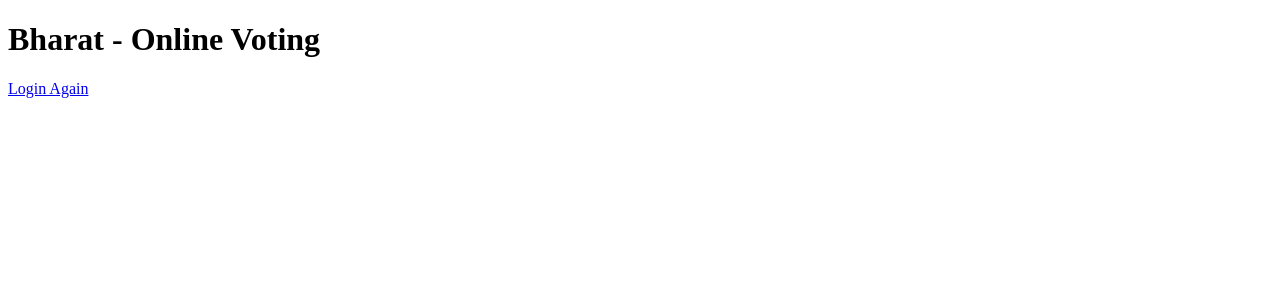
Repository: bhageshchincholi/AdvanceJava
Page: http://localhost/Election/logout.jsp
An editor plug-in stored every save of this project. The page is shown before and after the next save, followed by the edit.
The browser window is 1280 px wide. The pictures show the whole page.
The page is served by Tomcat 9. Other server files are loaded and not shown.

Above is the page before, as saved 2024-06-11 13:27:15.

### ElectionJSP/Election/src/main/webapp/logout.jsp
<%@ page language="java" contentType="text/html; charset=ISO-8859-1"
    pageEncoding="ISO-8859-1"%>
<!DOCTYPE html>
<html>
<head>
<meta charset="ISO-8859-1">
<title>Log out</title>
</head>
<body>
		<h1>${initParam.appTitle}</h1>

		<a href="index.jsp">Login Again</a>
</body>
</html>

After the next save:
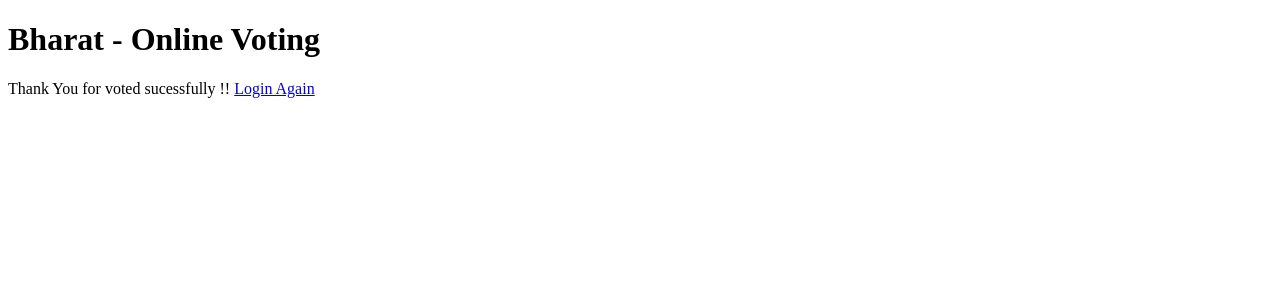
Saved 80 s later.
--- a/ElectionJSP/Election/src/main/webapp/logout.jsp
+++ b/ElectionJSP/Election/src/main/webapp/logout.jsp
@@ -9,6 +9,8 @@
 <body>
 		<h1>${initParam.appTitle}</h1>
 
+		Thank You for voted sucessfully !!
+
 		<a href="index.jsp">Login Again</a>
 </body>
 </html>
